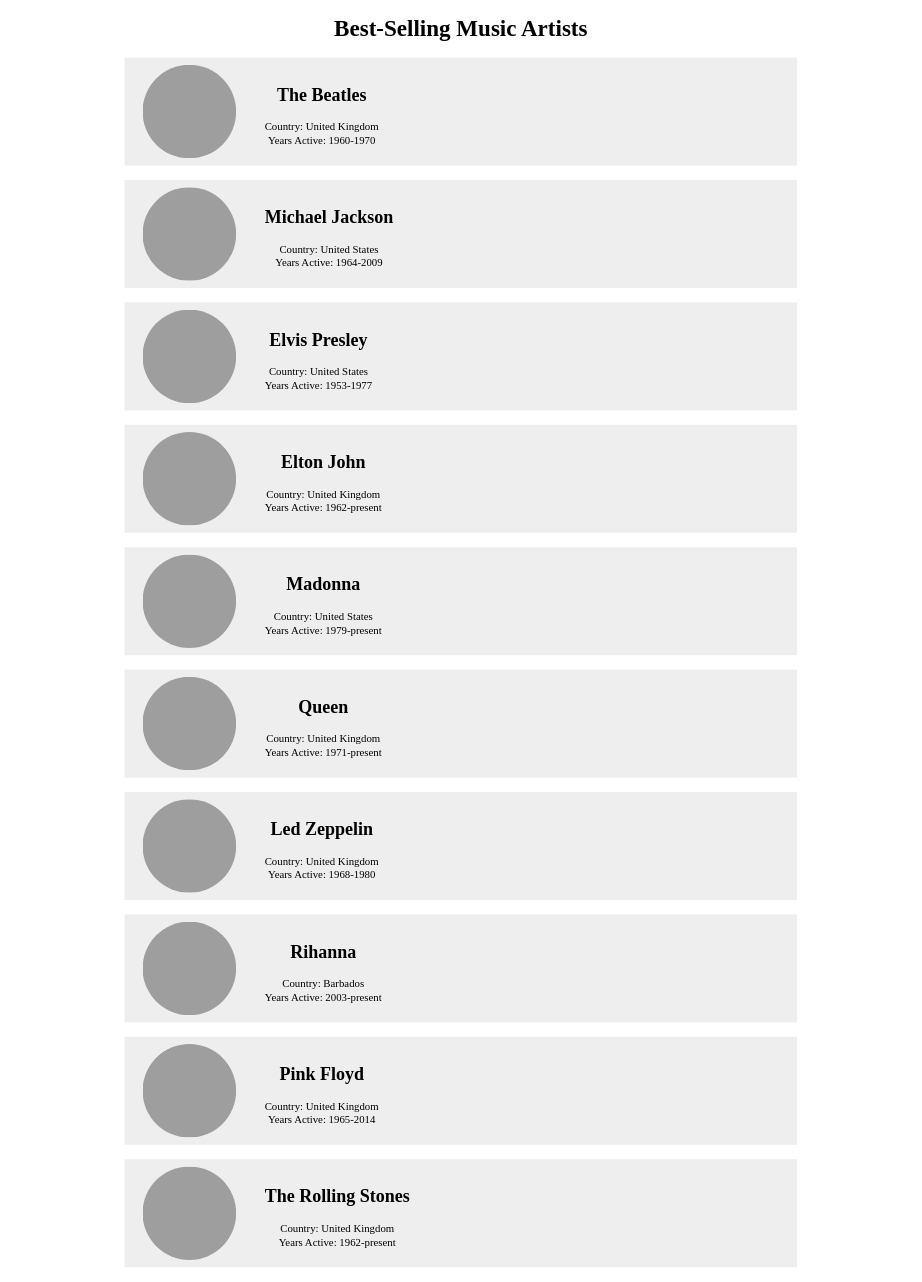
Repository: SamanthaYan298/my_artists
Page: /
An editor plug-in stored every save of this project. The page is shown before and after the next save, followed by the edit.
The browser window is 1280 px wide. The pictures show the whole page, at 72% of full size.
Pictures or frames that could not be fetched are drawn as grey boxes. The project was rebuilt for these pictures with package versions that can differ from the ones it lists, and the page was loaded fresh each time. Also part of the build but not shown: vite.config.js.

Above is the page before, as saved 2024-09-16 18:23:46.

### src/App.jsx
import { artists } from './best-selling-music-artists';
import ArtistDetails from './components/ArtistDetails';
import Layout from './components/Layout';

function App() {

  const artistsInfo = artists.map(artists => <ArtistDetails key={artists.name} artists={artists}/>)

  return (
    <Layout>
      <div className="app">
        <div>
          <h1>Best-Selling Music Artists</h1>
        </div>
        {artistsInfo}
      </div>
    </Layout>
  );
}

export default App;

### src/index.css
.layout {
    align-items: center;
    text-align: center;
}

.main-containter {
    display: flex;
    flex-direction: row;
    justify-content: flex-start;
    gap: 40px;
    line-height: 4px;
    font-size: 15px;
    width: 70%;
    background-color: #eee;
    padding: 10px 25px;
    margin: 20px auto;
}

.names {
    padding: 15px 0;
    font-size: 25px;
}

### src/best-selling-music-artists.js
export const artists = [
    {
        name: 'The Beatles',
        photo_url: "https://upload.wikimedia.org/wikipedia/commons/9/9f/Beatles_ad_1965_just_the_beatles_crop.jpg",
        country: "United Kingdom",
        years_active: "1960-1970",
    },
    {
        name: 'Michael Jackson',
        photo_url: "https://upload.wikimedia.org/wikipedia/commons/8/83/Michael_Jackson_Dangerous_World_Tour_1993_cropped.png",
        country: "United States",
        years_active: "1964-2009",
    },
    {
        name: 'Elvis Presley',
        photo_url: "https://upload.wikimedia.org/wikipedia/commons/1/16/Elvis_Presley_1973_RCA_Records_and_Tapes_publicity_2_-_cropped.png",
        country: "United States",
        years_active: "1953-1977",
    },
    {
        name: 'Elton John',
        photo_url: "https://upload.wikimedia.org/wikipedia/commons/7/74/Elton_John_1980.png",
        country: "United Kingdom",
        years_active: "1962-present",
    },
    {
        name: 'Madonna',
        photo_url: "https://upload.wikimedia.org/wikipedia/commons/4/47/Madonna_II_A_1_%28cropped%29.jpg",
        country: "United States",
        years_active: "1979-present",
    },
    {
        name: 'Queen',
        photo_url: "https://upload.wikimedia.org/wikipedia/commons/a/ac/FreddieMercuryNov1977.jpg",
        country: "United Kingdom",
        years_active: "1971-present",
    },
    {
        name: 'Led Zeppelin',
        photo_url: "https://upload.wikimedia.org/wikipedia/commons/c/cc/Robert_Plant_at_the_Palace_Theatre%2C_Manchester.jpg",
        country: "United Kingdom",
        years_active: "1968-1980",
    },
    {
        name: 'Rihanna',
        photo_url: "https://upload.wikimedia.org/wikipedia/commons/b/b3/Rihanna_concert_in_Washington_DC_%28cropped%29.jpg",
        country: "Barbados",
        years_active: "2003-present",
    },
    {
        name: 'Pink Floyd',
        photo_url: "https://upload.wikimedia.org/wikipedia/commons/f/f2/David_Gilmour_Argentina_2015_%28cropped%29.jpg",
        country: "United Kingdom",
        years_active: "1965-2014",
    },
    {
        name: 'The Rolling Stones',
        photo_url: "https://upload.wikimedia.org/wikipedia/commons/0/06/Keith_Richards%2C_Mick_Jagger_performing_with_Rolling_Stones_at_Prudential_Center_2012-12-13.jpg",
        country: "United Kingdom",
        years_active: "1962-present",
    },
];

### src/components/ArtistDetails.jsx
function ArtistDetails(props) {

    const {artists} = props;

    return (
        <div className="main-containter">
            <div className="photos">
                <img
                    src={artists.photo_url}
                    alt={artists.name}
                    style={{
                        width: '130px',
                        height: '130px',
                        borderRadius: '50%',
                        objectFit: 'cover'
                    }}
                />
            </div>
            <div className="info">
            <h3 className="names">{artists.name}</h3>
            <p>Country: {artists.country}</p>
            <p>Years Active: {artists.years_active}</p>
            </div>
        </div>
    )
}

export default ArtistDetails;

### src/components/Layout.jsx
export default function Layout(props) {
    return (
        <div className="layout">
            {props.children}
        </div>
    )
}

Loaded but not shown: index.html (common file); src/main.jsx (common file)

After the next save:
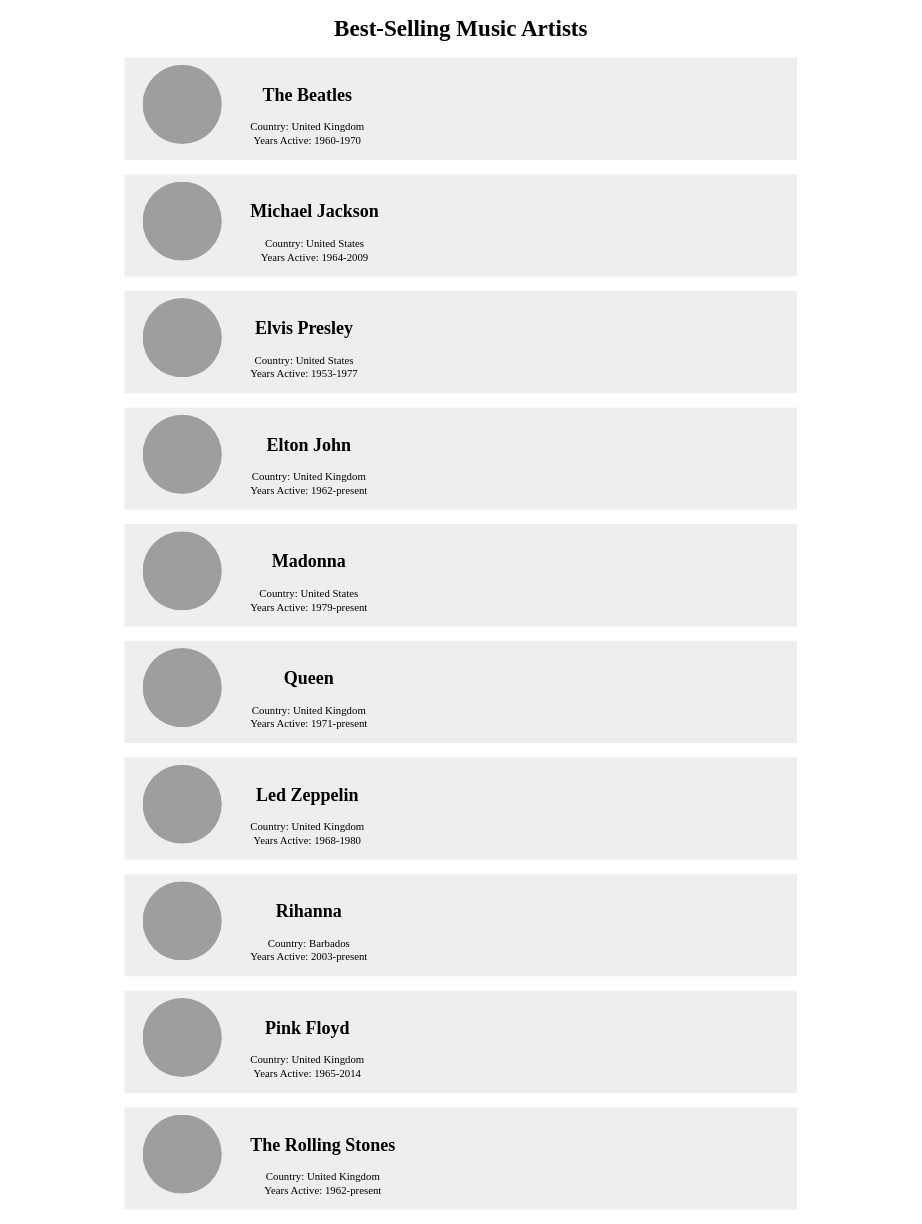
Saved 13 s later.
--- a/src/components/ArtistDetails.jsx
+++ b/src/components/ArtistDetails.jsx
@@ -9,8 +9,8 @@
                     src={artists.photo_url}
                     alt={artists.name}
                     style={{
-                        width: '130px',
-                        height: '130px',
+                        width: '110px',
+                        height: '110px',
                         borderRadius: '50%',
                         objectFit: 'cover'
                     }}
